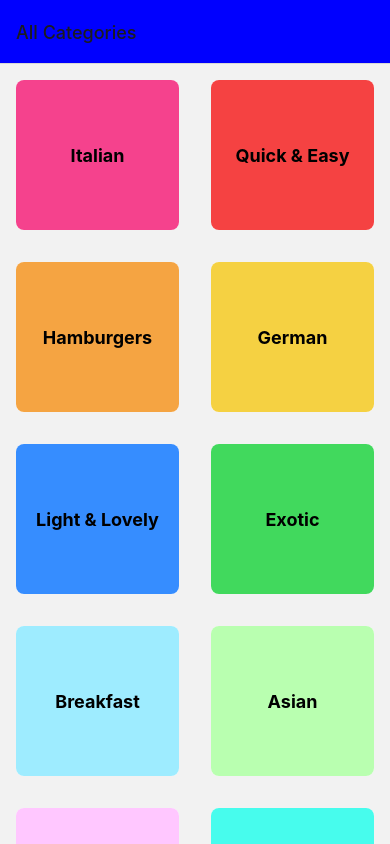
Repository: SyLe-Van/Food-Category-App
Screen: /
The author's editor kept a copy of each file at every save. The screen is drawn from the files as they stood at one save, then again after the next save.
An inner scrolling area shows only its first screen. The app was drawn by React Native's web renderer in a window 390 px wide. The project was rebuilt for these pictures with package versions that can differ from the ones it lists, and the page was loaded fresh each time. Also part of the build but not shown: components/MealItem.js, screens/MealsOverViewScreen.js.

Above is the screen before, as saved 2024-02-19 14:41:25.

### App.js
import { StatusBar } from "expo-status-bar";
import { StyleSheet } from "react-native";
import { NavigationContainer } from "@react-navigation/native";
import { createNativeStackNavigator } from "@react-navigation/native-stack";

import CategoriesScreen from "./screens/CategoriesScreen";
import MealsOverviewScreen from "./screens/MealsOverViewScreen";

const Stack = createNativeStackNavigator();

export default function App() {
  return (
    <>
      <StatusBar style="dark" />
      <NavigationContainer>
        <Stack.Navigator>
          <Stack.Screen
            name="MealsCategories"
            component={CategoriesScreen}
            options={{
              title: "All Categories",
              headerStyle: {
                backgroundColor: "blue",
              },
            }}
          />
          <Stack.Screen name="MealsOverview" component={MealsOverviewScreen} />
        </Stack.Navigator>
      </NavigationContainer>
    </>
  );
}

const styles = StyleSheet.create({
  container: {
    flex: 1,
    backgroundColor: "#fff",
    alignItems: "center",
    justifyContent: "center",
  },
});

### screens/CategoriesScreen.js
import { FlatList } from "react-native";
import { CATEGORIES } from "../data/dummy-data";
import CategoryGridTile from "../components/CategoryGridTile";

function CategoriesScreen({ navigation }) {
  function renderCategoryItem(itemData) {
    function pressHandler() {
      navigation.navigate("MealsOverview", {
        categoryId: itemData.item.id,
      });
    }
    return (
      <CategoryGridTile
        title={itemData.item.title}
        color={itemData.item.color}
        onPress={pressHandler}
      />
    );
  }
  return (
    <FlatList
      data={CATEGORIES}
      keyExtractor={(item) => item.id}
      renderItem={renderCategoryItem}
      numColumns={2}
    />
  );
}
export default CategoriesScreen;

### data/dummy-data.js
import Category from "../models/category";
import Meal from "../models/meal";

export const CATEGORIES = [
  new Category("c1", "Italian", "#f5428d"),
  new Category("c2", "Quick & Easy", "#f54242"),
  new Category("c3", "Hamburgers", "#f5a442"),
  new Category("c4", "German", "#f5d142"),
  new Category("c5", "Light & Lovely", "#368dff"),
  new Category("c6", "Exotic", "#41d95d"),
  new Category("c7", "Breakfast", "#9eecff"),
  new Category("c8", "Asian", "#b9ffb0"),
  new Category("c9", "French", "#ffc7ff"),
  new Category("c10", "Summer", "#47fced"),
];

export const MEALS = [
  new Meal(
    "m1",
    ["c1", "c2"],
    "Spaghetti with Tomato Sauce",
    "affordable",
    "simple",
    "https://upload.wikimedia.org/wikipedia/commons/thumb/2/20/Spaghetti_Bolognese_mit_Parmesan_oder_Grana_Padano.jpg/800px-Spaghetti_Bolognese_mit_Parmesan_oder_Grana_Padano.jpg",
    20,
    [
      "4 Tomatoes",
      "1 Tablespoon of Olive Oil",
      "1 Onion",
      "250g Spaghetti",
      "Spices",
      "Cheese (optional)",
    ],
    [
      "Cut the tomatoes and the onion into small pieces.",
      "Boil some water - add salt to it once it boils.",
      "Put the spaghetti into the boiling water - they should be done in about 10 to 12 minutes.",
      "In the meantime, heaten up some olive oil and add the cut onion.",
      "After 2 minutes, add the tomato pieces, salt, pepper and your other spices.",
      "The sauce will be done once the spaghetti are.",
      "Feel free to add some cheese on top of the finished dish.",
    ],
    false,
    true,
    true,
    true
  ),

  new Meal(
    "m2",
    ["c2"],
    "Toast Hawaii",
    "affordable",
    "simple",
    "https://cdn.pixabay.com/photo/2018/07/11/21/51/toast-3532016_1280.jpg",
    10,
    [
      "1 Slice White Bread",
      "1 Slice Ham",
      "1 Slice Pineapple",
      "1-2 Slices of Cheese",
      "Butter",
    ],
    [
      "Butter one side of the white bread",
      "Layer ham, the pineapple and cheese on the white bread",
      "Bake the toast for round about 10 minutes in the oven at 200°C",
    ],
    false,
    false,
    false,
    false
  ),

  new Meal(
    "m3",
    ["c3"],
    "Classic Hamburger",
    "pricey",
    "simple",
    "https://cdn.pixabay.com/photo/2014/10/23/18/05/burger-500054_1280.jpg",
    45,
    [
      "300g Cattle Hack",
      "1 Tomato",
      "1 Cucumber",
      "1 Onion",
      "Ketchup",
      "2 Burger Buns",
    ],
    [
      "Form 2 patties",
      "Fry the patties for c. 4 minutes on each side",
      "Quickly fry the buns for c. 1 minute on each side",
      "Bruch buns with ketchup",
      "Serve burger with tomato, cucumber and onion",
    ],
    false,
    false,
    false,
    true
  ),

  new Meal(
    "m4",
    ["c4"],
    "Wiener Schnitzel",
    "luxurious",
    "challenging",
    "https://cdn.pixabay.com/photo/2018/03/31/19/29/schnitzel-3279045_1280.jpg",
    60,
    [
      "8 Veal Cutlets",
      "4 Eggs",
      "200g Bread Crumbs",
      "100g Flour",
      "300ml Butter",
      "100g Vegetable Oil",
      "Salt",
      "Lemon Slices",
    ],
    [
      "Tenderize the veal to about 2–4mm, and salt on both sides.",
      "On a flat plate, stir the eggs briefly with a fork.",
      "Lightly coat the cutlets in flour then dip into the egg, and finally, coat in breadcrumbs.",
      "Heat the butter and oil in a large pan (allow the fat to get very hot) and fry the schnitzels until golden brown on both sides.",
      "Make sure to toss the pan regularly so that the schnitzels are surrounded by oil and the crumbing becomes ‘fluffy’.",
      "Remove, and drain on kitchen paper. Fry the parsley in the remaining oil and drain.",
      "Place the schnitzels on awarmed plate and serve garnishedwith parsley and slices of lemon.",
    ],
    false,
    false,
    false,
    false
  ),

  new Meal(
    "m5",
    ["c2", "c5", "c10"],
    "Salad with Smoked Salmon",
    "luxurious",
    "simple",
    "https://cdn.pixabay.com/photo/2016/10/25/13/29/smoked-salmon-salad-1768890_1280.jpg",
    15,
    [
      "Arugula",
      "Lamb's Lettuce",
      "Parsley",
      "Fennel",
      "200g Smoked Salmon",
      "Mustard",
      "Balsamic Vinegar",
      "Olive Oil",
      "Salt and Pepper",
    ],
    [
      "Wash and cut salad and herbs",
      "Dice the salmon",
      "Process mustard, vinegar and olive oil into a dessing",
      "Prepare the salad",
      "Add salmon cubes and dressing",
    ],
    true,
    false,
    true,
    true
  ),

  new Meal(
    "m6",
    ["c6", "c10"],
    "Delicious Orange Mousse",
    "affordable",
    "hard",
    "https://cdn.pixabay.com/photo/2017/05/01/05/18/pastry-2274750_1280.jpg",
    240,
    [
      "4 Sheets of Gelatine",
      "150ml Orange Juice",
      "80g Sugar",
      "300g Yoghurt",
      "200g Cream",
      "Orange Peel",
    ],
    [
      "Dissolve gelatine in pot",
      "Add orange juice and sugar",
      "Take pot off the stove",
      "Add 2 tablespoons of yoghurt",
      "Stir gelatin under remaining yoghurt",
      "Cool everything down in the refrigerator",
      "Whip the cream and lift it under die orange mass",
      "Cool down again for at least 4 hours",
      "Serve with orange peel",
    ],
    true,
    false,
    true,
    false
  ),

  new Meal(
    "m7",
    ["c7"],
    "Pancakes",
    "affordable",
    "simple",
    "https://cdn.pixabay.com/photo/2018/07/10/21/23/pancake-3529653_1280.jpg",
    20,
    [
      "1 1/2 Cups all-purpose Flour",
      "3 1/2 Teaspoons Baking Powder",
      "1 Teaspoon Salt",
      "1 Tablespoon White Sugar",
      "1 1/4 cups Milk",
      "1 Egg",
      "3 Tablespoons Butter, melted",
    ],
    [
      "In a large bowl, sift together the flour, baking powder, salt and sugar.",
      "Make a well in the center and pour in the milk, egg and melted butter; mix until smooth.",
      "Heat a lightly oiled griddle or frying pan over medium high heat.",
      "Pour or scoop the batter onto the griddle, using approximately 1/4 cup for each pancake. Brown on both sides and serve hot.",
    ],
    true,
    false,
    true,
    false
  ),

  new Meal(
    "m8",
    ["c8"],
    "Creamy Indian Chicken Curry",
    "pricey",
    "challenging",
    "https://cdn.pixabay.com/photo/2018/06/18/16/05/indian-food-3482749_1280.jpg",
    35,
    [
      "4 Chicken Breasts",
      "1 Onion",
      "2 Cloves of Garlic",
      "1 Piece of Ginger",
      "4 Tablespoons Almonds",
      "1 Teaspoon Cayenne Pepper",
      "500ml Coconut Milk",
    ],
    [
      "Slice and fry the chicken breast",
      "Process onion, garlic and ginger into paste and sauté everything",
      "Add spices and stir fry",
      "Add chicken breast + 250ml of water and cook everything for 10 minutes",
      "Add coconut milk",
      "Serve with rice",
    ],
    true,
    false,
    false,
    true
  ),

  new Meal(
    "m9",
    ["c9"],
    "Chocolate Souffle",
    "affordable",
    "hard",
    "https://cdn.pixabay.com/photo/2014/08/07/21/07/souffle-412785_1280.jpg",
    45,
    [
      "1 Teaspoon melted Butter",
      "2 Tablespoons white Sugar",
      "2 Ounces 70% dark Chocolate, broken into pieces",
      "1 Tablespoon Butter",
      "1 Tablespoon all-purpose Flour",
      "4 1/3 tablespoons cold Milk",
      "1 Pinch Salt",
      "1 Pinch Cayenne Pepper",
      "1 Large Egg Yolk",
      "2 Large Egg Whites",
      "1 Pinch Cream of Tartar",
      "1 Tablespoon white Sugar",
    ],
    [
      "Preheat oven to 190°C. Line a rimmed baking sheet with parchment paper.",
      "Brush bottom and sides of 2 ramekins lightly with 1 teaspoon melted butter; cover bottom and sides right up to the rim.",
      "Add 1 tablespoon white sugar to ramekins. Rotate ramekins until sugar coats all surfaces.",
      "Place chocolate pieces in a metal mixing bowl.",
      "Place bowl over a pan of about 3 cups hot water over low heat.",
      "Melt 1 tablespoon butter in a skillet over medium heat. Sprinkle in flour. Whisk until flour is incorporated into butter and mixture thickens.",
      "Whisk in cold milk until mixture becomes smooth and thickens. Transfer mixture to bowl with melted chocolate.",
      "Add salt and cayenne pepper. Mix together thoroughly. Add egg yolk and mix to combine.",
      "Leave bowl above the hot (not simmering) water to keep chocolate warm while you whip the egg whites.",
      "Place 2 egg whites in a mixing bowl; add cream of tartar. Whisk until mixture begins to thicken and a drizzle from the whisk stays on the surface about 1 second before disappearing into the mix.",
      "Add 1/3 of sugar and whisk in. Whisk in a bit more sugar about 15 seconds.",
      "whisk in the rest of the sugar. Continue whisking until mixture is about as thick as shaving cream and holds soft peaks, 3 to 5 minutes.",
      "Transfer a little less than half of egg whites to chocolate.",
      "Mix until egg whites are thoroughly incorporated into the chocolate.",
      "Add the rest of the egg whites; gently fold into the chocolate with a spatula, lifting from the bottom and folding over.",
      "Stop mixing after the egg white disappears. Divide mixture between 2 prepared ramekins. Place ramekins on prepared baking sheet.",
      "Bake in preheated oven until scuffles are puffed and have risen above the top of the rims, 12 to 15 minutes.",
    ],
    true,
    false,
    true,
    false
  ),
  new Meal(
    "m10",
    ["c2", "c5", "c10"],
    "Asparagus Salad with Cherry Tomatoes",
    "luxurious",
    "simple",
    "https://cdn.pixabay.com/photo/2018/04/09/18/26/asparagus-3304997_1280.jpg",
    30,
    [
      "White and Green Asparagus",
      "30g Pine Nuts",
      "300g Cherry Tomatoes",
      "Salad",
      "Salt, Pepper and Olive Oil",
    ],
    [
      "Wash, peel and cut the asparagus",
      "Cook in salted water",
      "Salt and pepper the asparagus",
      "Roast the pine nuts",
      "Halve the tomatoes",
      "Mix with asparagus, salad and dressing",
      "Serve with Baguette",
    ],
    true,
    true,
    true,
    true
  ),
];

### components/CategoryGridTile.js
import { Pressable, View, Text, StyleSheet, Platform } from "react-native";
import { useNavigation } from "@react-navigation/native";
function CategoryGridItem({ title, color, onPress, Navigation }) {
  return (
    <View style={styles.gridItem}>
      <Pressable
        style={({ pressed }) => [
          styles.button,
          pressed ? styles.buttonPressed : null,
        ]}
        onPress={onPress}
      >
        <View style={[styles.innerContainer, { backgroundColor: color }]}>
          <Text style={styles.title}>{title}</Text>
        </View>
      </Pressable>
    </View>
  );
}
export default CategoryGridItem;

const styles = StyleSheet.create({
  gridItem: {
    flex: 1,
    margin: 16,
    height: 150,
    borderRadius: 8,
    backgroundColor: "white",
    shadowColor: "black",
    shadowOpacity: 0.25,
    shadowOffset: { width: 0, height: 2 },
    shadowOffset: 8,
    overflow: Platform.OS === "android" ? "hidden" : "visible",
  },
  button: {
    flex: 1,
  },
  buttonPressed: {
    opacity: 0.5,
  },
  innerContainer: {
    flex: 1,
    justifyContent: "center",
    padding: 16,
    alignItems: "center",
    borderRadius: 8,
  },
  title: {
    fontWeight: "bold",
    fontSize: 18,
  },
});

Loaded but not shown: models/category.js (common file); models/meal.js (common file)

After the next save:
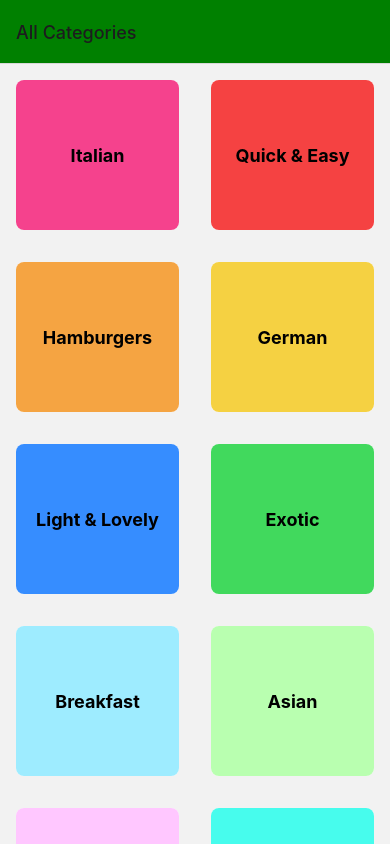
Saved 5 s later.
--- a/App.js
+++ b/App.js
@@ -20,7 +20,7 @@ export default function App() {
             options={{
               title: "All Categories",
               headerStyle: {
-                backgroundColor: "blue",
+                backgroundColor: "green",
               },
             }}
           />
